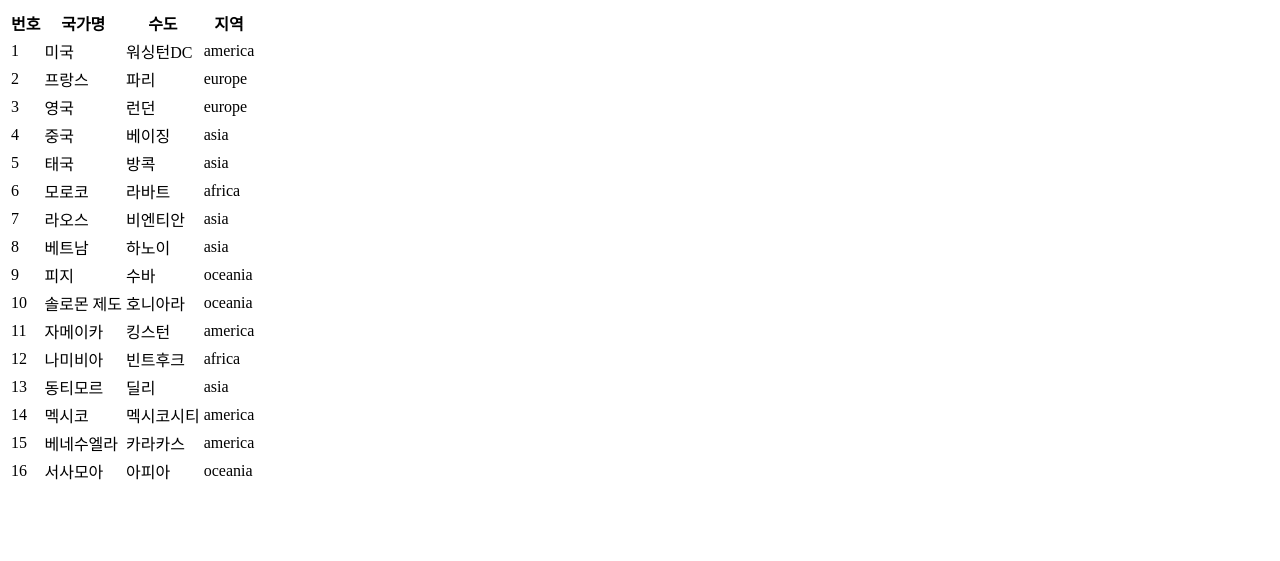
Repository: KangHoi/encore_vueWorkspace
Page: vue03_Event/WebContent/vue04_example.html
The author's editor kept a copy of each file at every save. The page is drawn from the files as they stood at one save, then again after the next save.
The browser window is 1280 px wide. The pictures show the whole page.

Above is the page before, as saved 2021-07-12 02:09:50.

### vue03_Event/WebContent/vue04_example.html
<!DOCTYPE html>
<html>
<head>
<meta charset="UTF-8">
<title>Insert title here</title>
<script src="https://cdn.jsdelivr.net/npm/vue/dist/vue.js"></script>

</head>
<body>
	<div id="country">
		<table>
			<thead>
				<tr>
					<th>번호</th><th>국가명</th><th>수도</th><th>지역</th>
				</tr>
			</thead>

			<tbody>
				<tr v-for="country in countries">
					<td v-html="country.no"></td>
					<td v-html="country.name"></td>
					<td v-html="country.capital"></td>
					<td v-html="country.region"></td>
				</tr>
			</tbody>
		</table>
	</div>
	<script>
	var model = {
		countries: [
			{ no: 1, name: "미국", capital: "워싱턴DC", region: "america"},
			{ no: 2, name: "프랑스", capital: "파리", region: "europe"},
			{ no: 3, name: "영국", capital: "런던", region: "europe"},
			{ no: 4, name: "중국", capital: "베이징", region: "asia"},
			{ no: 5, name: "태국", capital: "방콕", region: "asia"},
			{ no: 6, name: "모로코", capital: "라바트", region: "africa"},
			{ no: 7, name: "라오스", capital: "비엔티안", region: "asia"},
			{ no: 8, name: "베트남", capital: "하노이", region: "asia"},
			{ no: 9, name: "피지", capital: "수바", region: "oceania"},
			{ no: 10, name: "솔로몬 제도", capital: "호니아라", region: "oceania"},
			{ no: 11, name: "자메이카", capital: "킹스턴", region: "america"},
			{ no: 12, name: "나미비아", capital: "빈트후크", region: "africa"},
			{ no: 13, name: "동티모르", capital: "딜리", region: "asia"},
			{ no: 14, name: "멕시코", capital: "멕시코시티", region: "america"},
			{ no: 15, name: "베네수엘라", capital: "카라카스", region: "america"},
			{ no: 16, name: "서사모아", capital: "아피아", region: "oceania"},
		]
	}

	new Vue({
		el: '#country',
		data: model
	})
	</script>
</body>
</html>

After the next save:
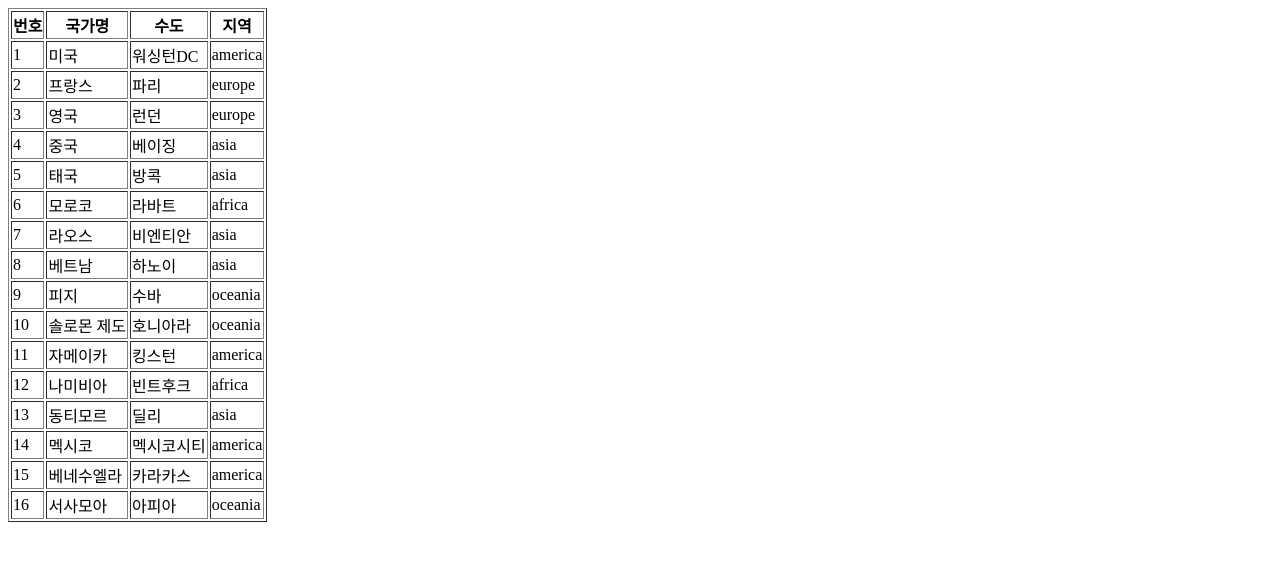
Saved 51 s later.
--- a/vue03_Event/WebContent/vue04_example.html
+++ b/vue03_Event/WebContent/vue04_example.html
@@ -8,7 +8,7 @@
 </head>
 <body>
 	<div id="country">
-		<table>
+		<table id ="tid" border="1px">
 			<thead>
 				<tr>
 					<th>번호</th><th>국가명</th><th>수도</th><th>지역</th>
